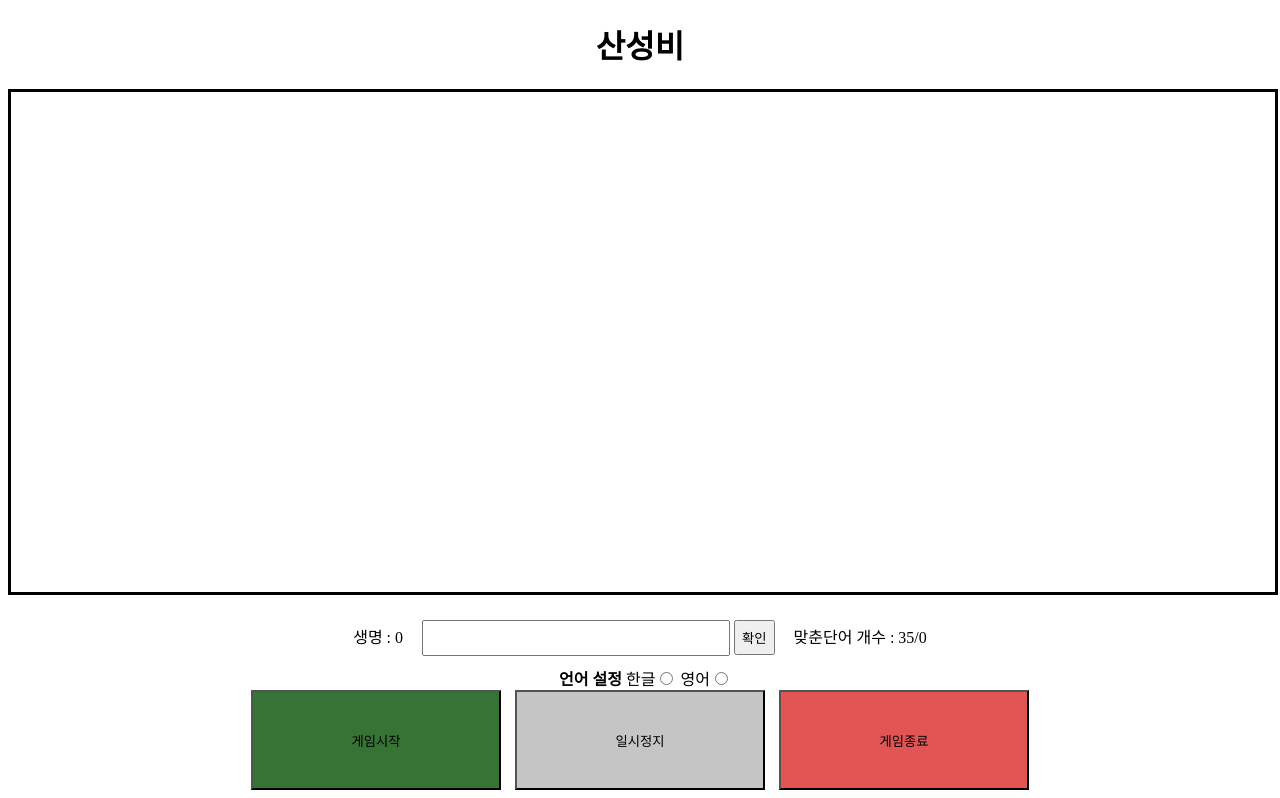
Repository: yuj1818/Hustar_JavaScript
Page: edu/edu/view/js_edu/sanseongbee.html
These files come from the project's save history. The page is drawn as it stood at one moment and after the next save; the edit follows.
The browser window is 1280 px wide. The pictures show the whole page.

Above is the page before, as saved 2022-06-02 04:57:41.

### edu/edu/view/js_edu/sanseongbee.html
<!DOCTYPE html>
<html>
	<head>
		<meta charset="UTF-8">
		<title>산성비 게임</title>
		<style>
			.game_main {
				border: 3px solid #000;
				width: 100%;
				height: 500px;
			}

			input#answer {
				width: 300px;
				height: 30px;
			}

			button#answer_submit {
				height:  35px;
			}

			.game_management_btn {
				width: 250px;
				height: 100px;
				/* top right botton left*/
				margin: 0px 5px;
				/*margin 값이 2개만 있으면 앞에 거는 위아래, 뒤에 거는 양쪽으로 해석*/
			}

			.background_red {
				background-color: #e15555;
			}

			.background_green {
				background-color: #357435;
			}

			.background_gray {
				background-color: #c5c5c5;
			}

			.text_center {
				text-align: center;
			}
		</style>
	</head>
	<body>
		<h1 class="text_center">산성비</h1>

		<div class="game_main"></div>

		<div class="text_center" style="margin-top: 25px">
			<span style="margin-right: 15px;">
				생명 : 0
			</span>

			<span style="margin-right: 15px;">
				<input id="answer" type="text"/>
				<button id="answer_submit">확인</button>
			</span>

			<span>
				맞춘단어 개수 : 35/0
			</span>
		</div>

		<div class="text_center" style="margin-top: 10px;">
			<span style="font-weight: bold; margin-left: 10px;">언어 설정</span>
			<label for="korean">한글</label><input id="korean" name="lan_type" type="radio"/>
			<label for="english">영어</label><input id="english" name="lan_type" type="radio"/>
		</div>

		<div class="text_center">
			<button class="game_management_btn background_green">게임시작</button>
			<button class="game_management_btn background_gray">일시정지</button>
			<button class="game_management_btn background_red">게임종료</button>
		</div>
	</body>

	<script>
		window.onresize = function(event){
			console.log("event : ", event);
			var innerWidth = window.innerWidth;
			console.log("innerWidth : ", innerWidth);
		}
	</script>
</html>

After the next save:
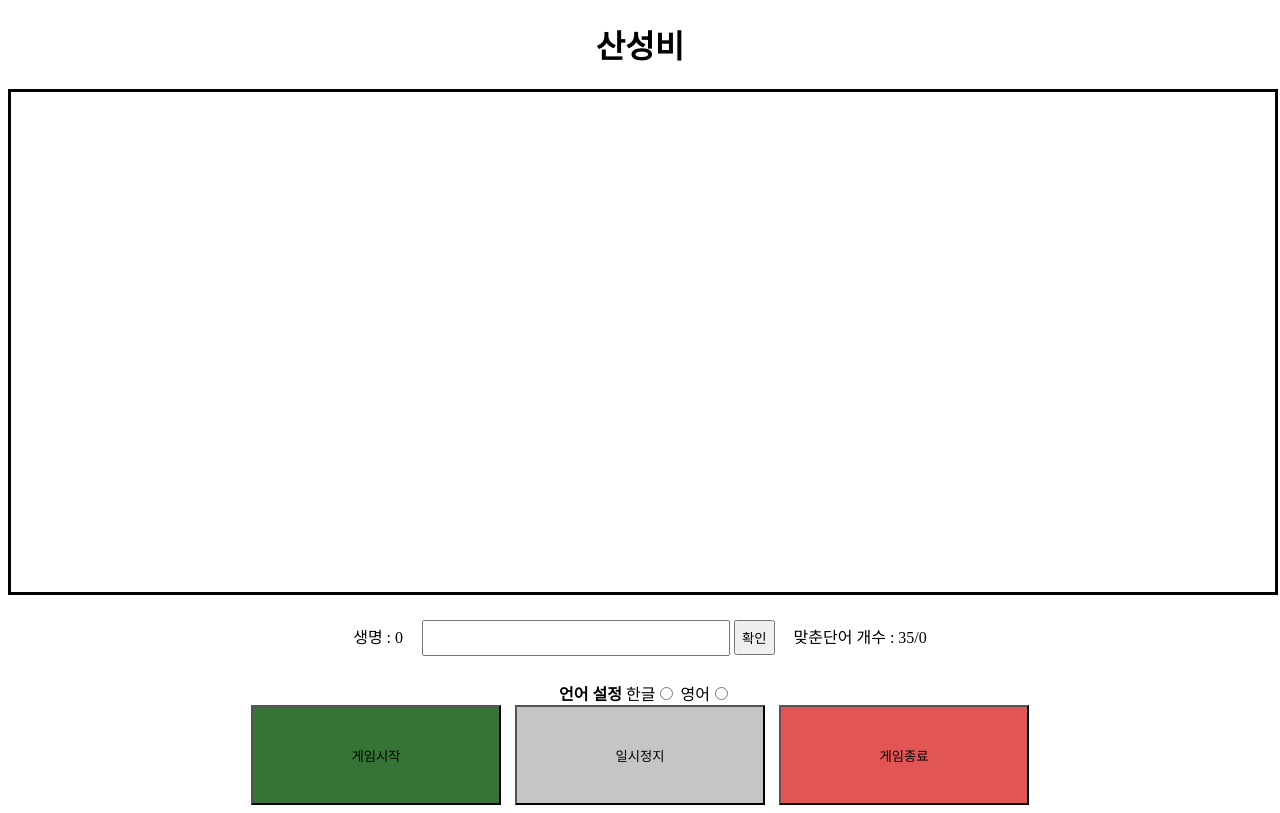
Saved 16 s later.
--- a/edu/edu/view/js_edu/sanseongbee.html
+++ b/edu/edu/view/js_edu/sanseongbee.html
@@ -64,7 +64,7 @@
 			</span>
 		</div>
 
-		<div class="text_center" style="margin-top: 10px;">
+		<div class="text_center" style="margin-top: 25px;">
 			<span style="font-weight: bold; margin-left: 10px;">언어 설정</span>
 			<label for="korean">한글</label><input id="korean" name="lan_type" type="radio"/>
 			<label for="english">영어</label><input id="english" name="lan_type" type="radio"/>
